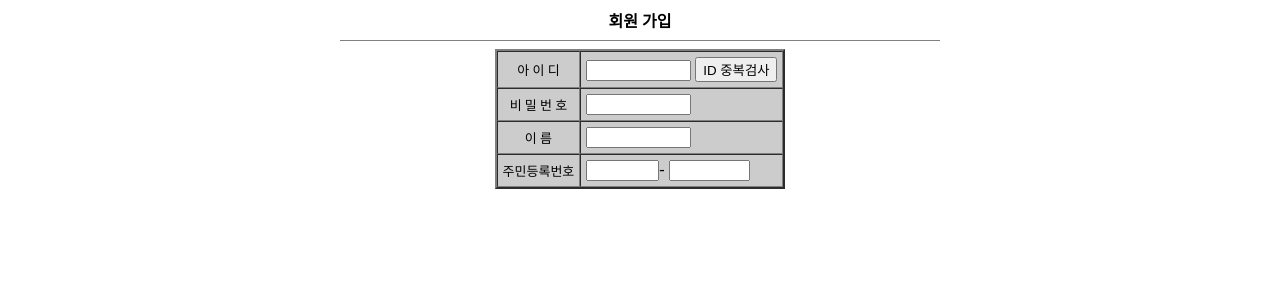
Repository: kalmia26/Capstone
Page: http://localhost/LectureSystem/member_input.jsp
The author's editor kept a copy of each file at every save. The page is drawn from the files as they stood at one save, then again after the next save.
The browser window is 1280 px wide. The pictures show the whole page.
The page is served by Tomcat 9.

Above is the page before, as saved 2017-05-24 06:07:02.

After the next save:
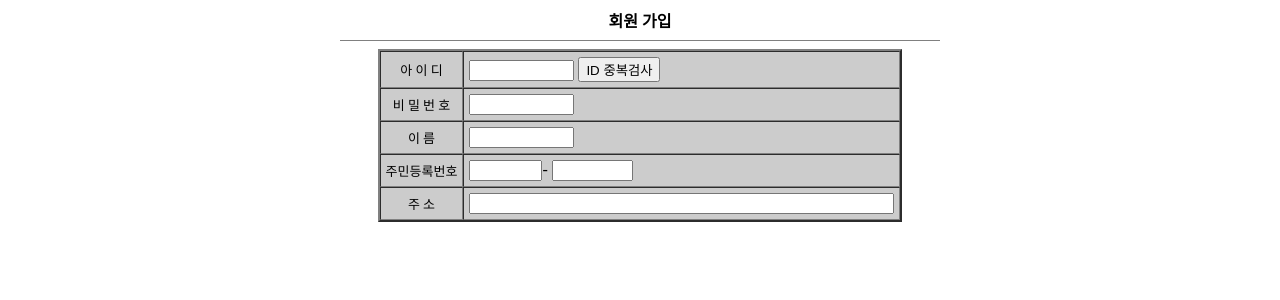
Saved 83 s later.
--- a/LectureSystem/WebContent/member_input.jsp
+++ b/LectureSystem/WebContent/member_input.jsp
@@ -151,7 +151,14 @@ function check_id() {
 				<input type="text" size="7" maxlength="7" name="juminnum2">
 			</td>
 		</tr>
-
+		<tr>
+			<td bgcolor='cccccc' align='center'>
+				<font size='2'>주 소</font>
+			</td>
+			<td bgcolor='cccccc'>
+				<input type="text" maxlength="50" size="50" name="address1">
+			</td>
+		</tr>
 		</table>
 	</form>
 </center>
